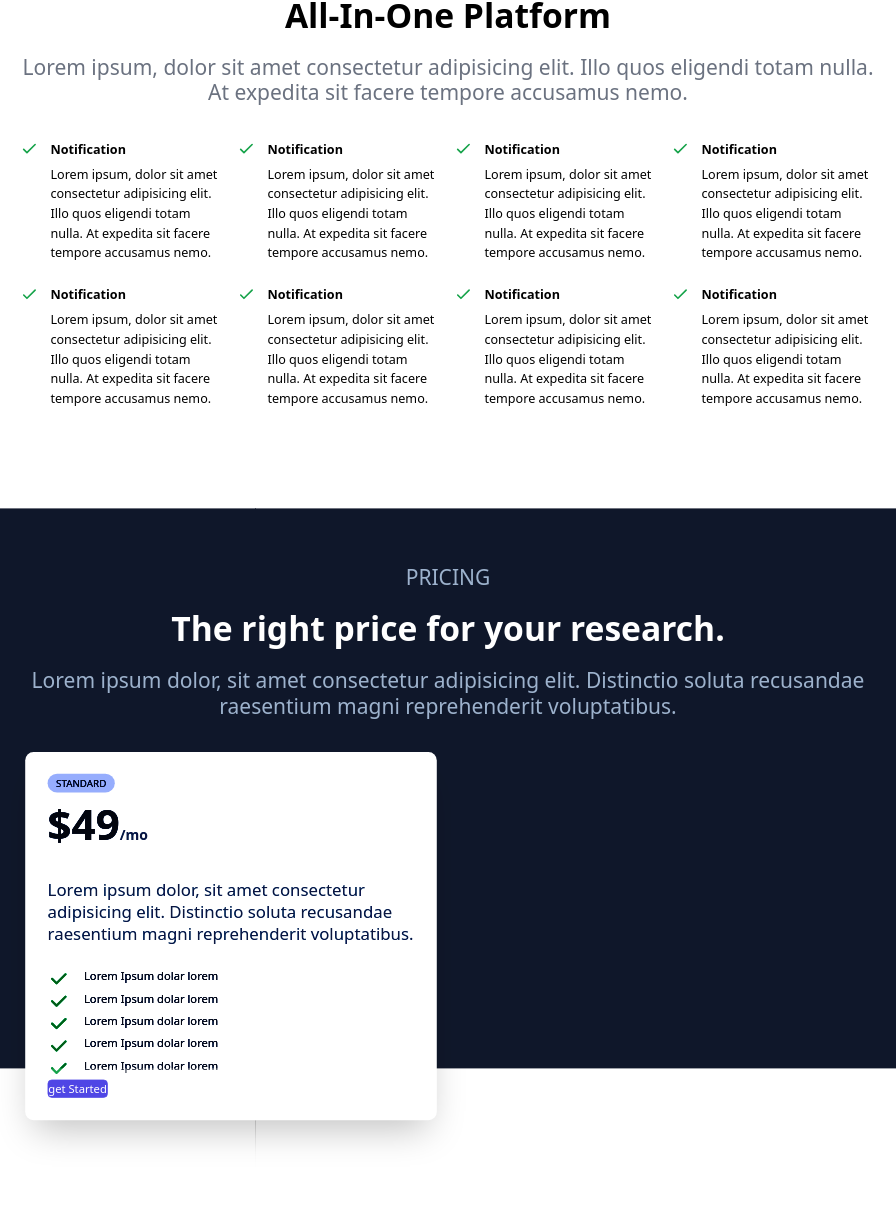
Repository: adrcstro/react-project-2
Page: /
The author's editor kept a copy of each file at every save. The page is drawn from the files as they stood at one save, then again after the next save.
The browser window is 1280 px wide. The pictures show the part of the page from y = 2276 to 4196 px (the page is 4036 px tall before and 4196 px after), at 70% of full size.
The project was rebuilt for these pictures with package versions that can differ from the ones it lists, and the page was loaded fresh each time.

Above is the page before, as saved 2024-08-16 08:00:08.

After the next save:
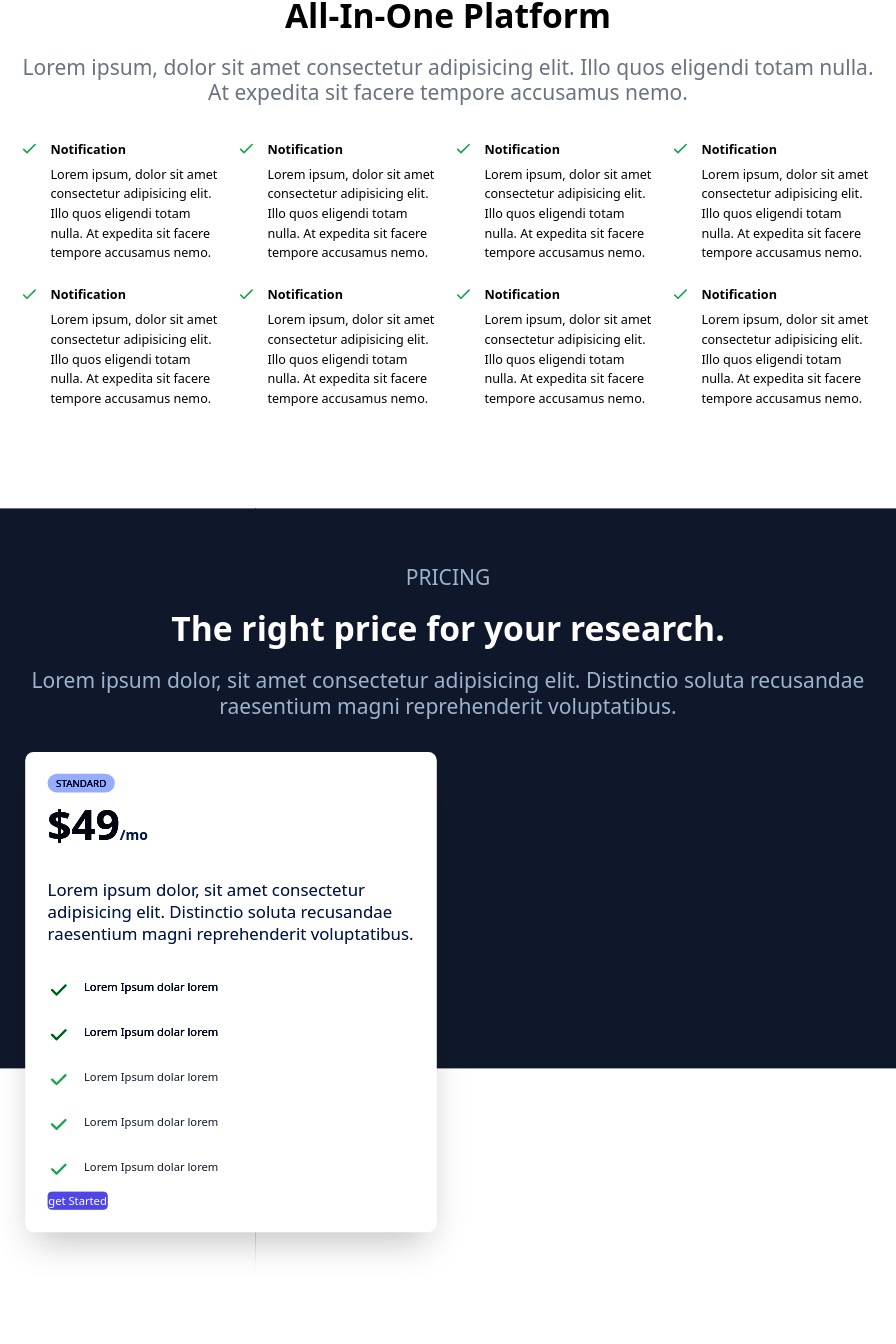
Saved 5 s later.
--- a/src/components/Pricing.jsx
+++ b/src/components/Pricing.jsx
@@ -24,11 +24,11 @@ function Pricing() {
              adipisicing elit. Distinctio soluta recusandae
              raesentium magni reprehenderit voluptatibus.</p>
              <div>
-                <p className='flex'><CheckIcon className='w-8 mr-5 text-green-600'/> Lorem Ipsum dolar lorem</p>
-                <p className='flex'><CheckIcon className='w-8 mr-5 text-green-600'/> Lorem Ipsum dolar lorem</p>
-                <p className='flex'><CheckIcon className='w-8 mr-5 text-green-600'/> Lorem Ipsum dolar lorem</p>
-                <p className='flex'><CheckIcon className='w-8 mr-5 text-green-600'/> Lorem Ipsum dolar lorem</p>
-                <p className='flex'><CheckIcon className='w-8 mr-5 text-green-600'/> Lorem Ipsum dolar lorem</p>
+                <p className='flex py-4'><CheckIcon className='w-8 mr-5 text-green-600'/> Lorem Ipsum dolar lorem</p>
+                <p className='flex py-4'><CheckIcon className='w-8 mr-5 text-green-600'/> Lorem Ipsum dolar lorem</p>
+                <p className='flex py-4'><CheckIcon className='w-8 mr-5 text-green-600'/> Lorem Ipsum dolar lorem</p>
+                <p className='flex py-4'><CheckIcon className='w-8 mr-5 text-green-600'/> Lorem Ipsum dolar lorem</p>
+                <p className='flex py-4'><CheckIcon className='w-8 mr-5 text-green-600'/> Lorem Ipsum dolar lorem</p>
                 <button>get Started</button>
              </div>
         </div>
